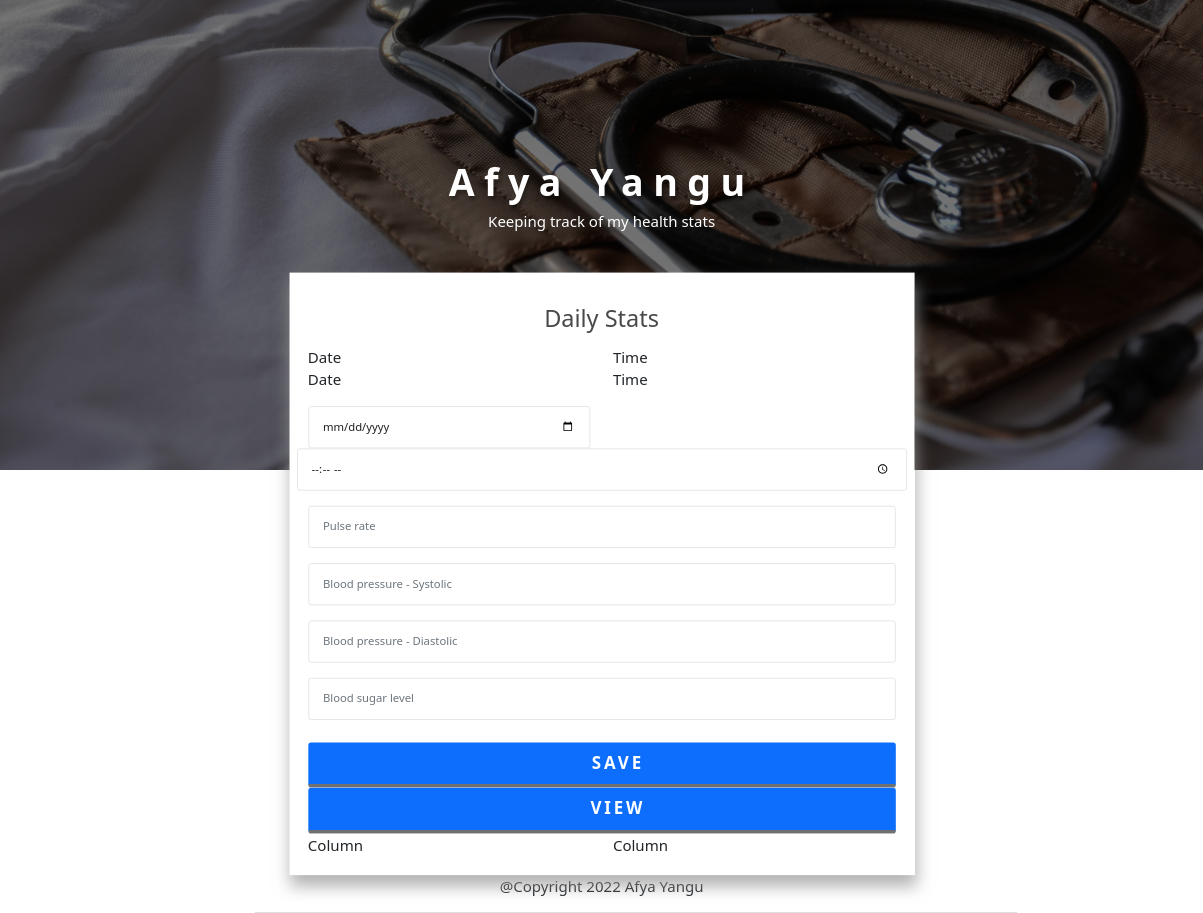
Repository: nashthecoder/afya_yangu
Page: /
The author's editor kept a copy of each file at every save. The page is drawn from the files as they stood at one save, then again after the next save.
The browser window is 1280 px wide. The pictures show the whole page, at 94% of full size.
The project was rebuilt for these pictures with package versions that can differ from the ones it lists, and the page was loaded fresh each time.

Above is the page before, as saved 2022-02-27 15:54:38.

After the next save:
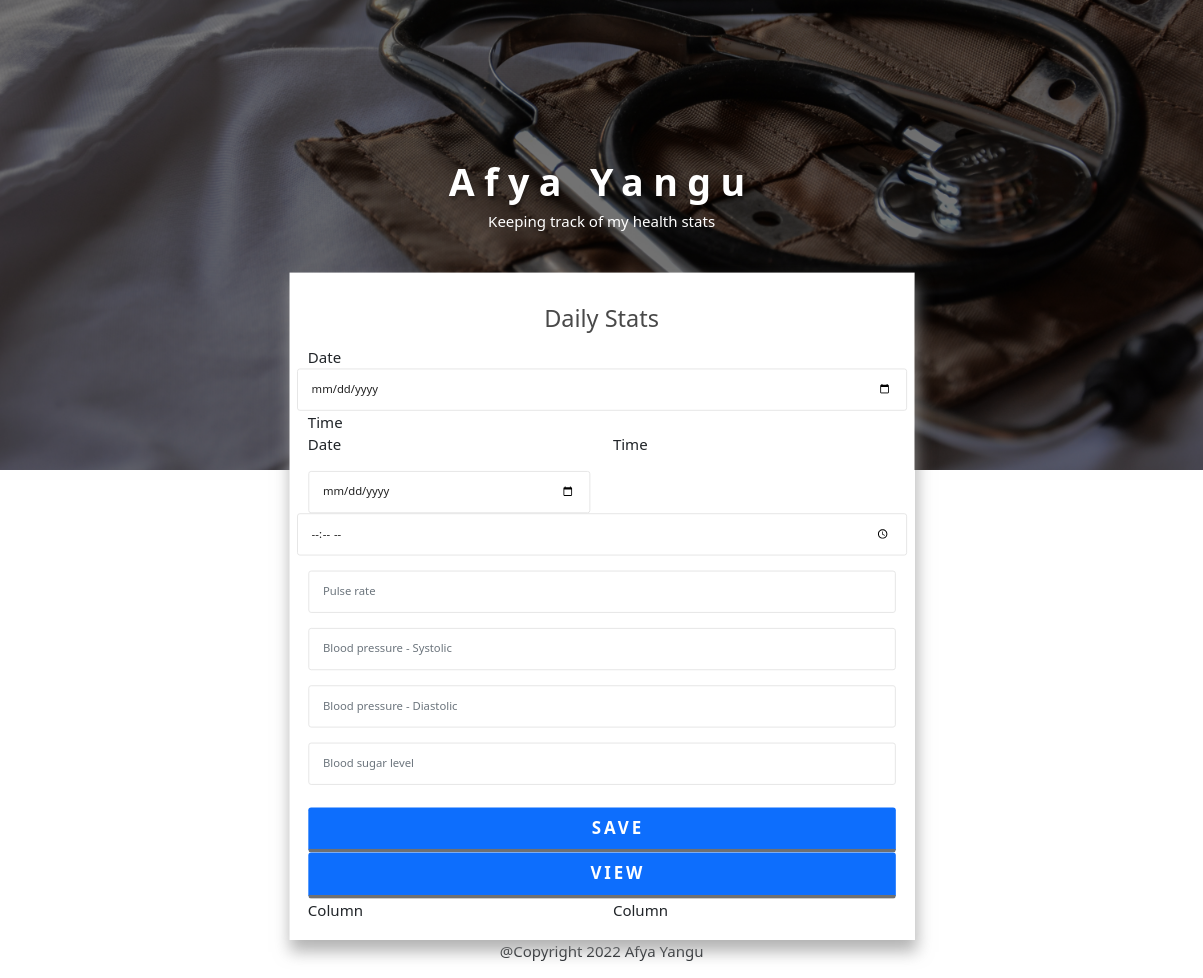
Saved 8 s later.
--- a/src/components/Form.js
+++ b/src/components/Form.js
@@ -16,6 +16,13 @@ const Form = () => {
                             <div class="container">
                                 <div class="row row-cols-2">
                                     <div class="col">Date</div>
+                                    <input
+                                            class="form-control"
+                                            id="date"
+                                            name="date"
+                                            placeholder="Date"
+                                            type="date"
+                                        />
                                     <div class="col">Time</div>
                                 </div>
                             </div>
